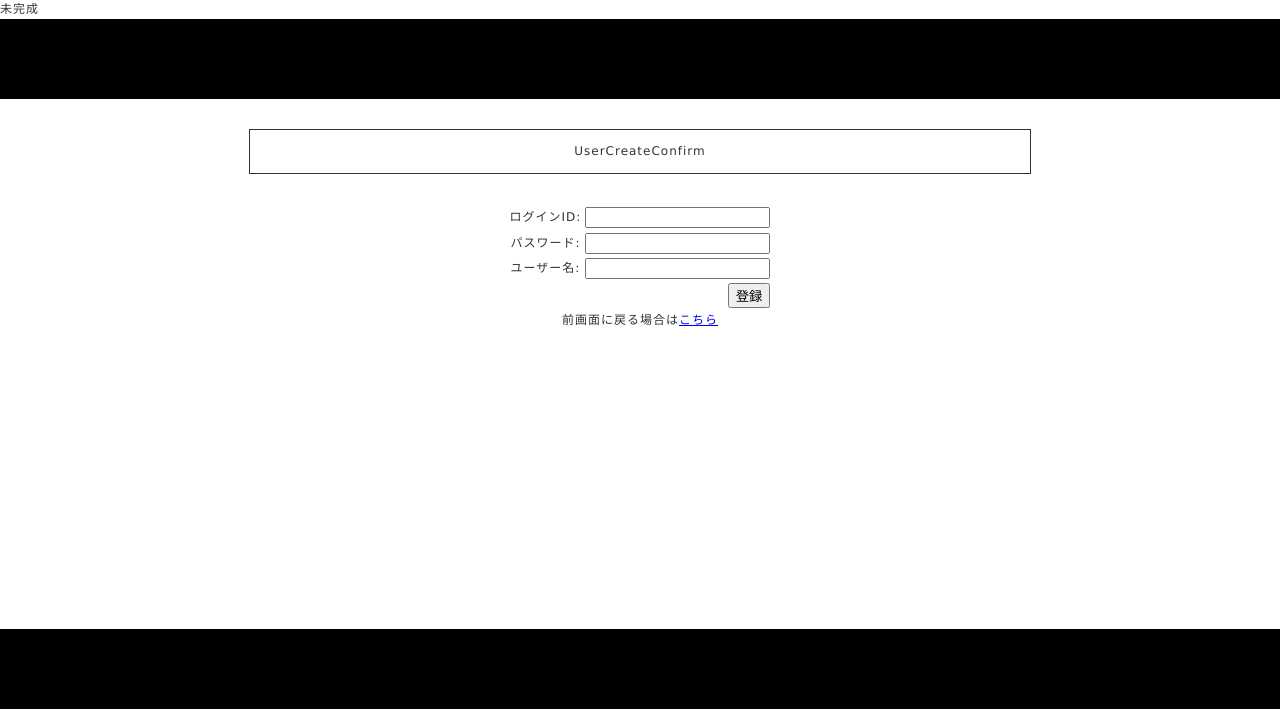
Repository: 1209mori05/test02
Page: http://localhost/ECsite/userCreateConfirm.jsp
These files come from the project's save history. The page is drawn as it stood at one moment and after the next save; the edit follows.
The browser window is 1280 px wide. The pictures show the whole page.
The page is served by Tomcat 9. Other server files are loaded and not shown.

Above is the page before, as saved 2018-04-02 01:39:38.

### ECsite/WebContent/userCreateConfirm.jsp
<%@ page language="java" contentType="text/html; charset=UTF-8"
    pageEncoding="UTF-8"%>
<%@ taglib prefix="s" uri="/struts-tags" %>

<!DOCTYPE html>
<html>
<head>
	<meta http-equiv="Content-Type" content="text/html" charset="UTF-8">
	<meta http-equiv="Content-Style-Type" content="text/css">
	<meta http-equiv="Content-Script-Type" content="text/javascript">
	<meta http-equiv="imagetoolbar" content="no">
	<meta name="description" content="">
	<meta name="keywords" content="">
	<title>登録確認画面</title>
	<style type="text/css">
		body {
			margin:0;
			padding:0;
			line-height:1.6;
			letter-spacing:1px;
			font-family:Verdana, Helvetica, sans-serif;
			font-size:12px;
			color:#333;
			background:#fff;
		}
		table {
			text-align:center;
			margin:0 auto;
		}
		#top {
			width:780px;
			margin:30px auto;
			border:1px solid #333;
		}
		#header {
			width: 100%;
			height: 80px;
			background-color: black;
		}
		#main {
			width: 100%;
			height: 500px;
			text-align: center;
		}
		#footer {
			width: 100%;
			height: 80px;
			background-color: black;
			clear:both;
		}
		#text-center {
			display: inline-block;
			text-align: center;
		}
	</style>
</head>
<body>

未完成

	<div id="header">
		<div id="pr"></div>
	</div>
	<div id="main">
		<div id="top">
			<p>UserCreateConfirm</p>
		</div>
		<div>
			<s:if test="errorMessage != ''">
				<s:property value="errorMessage" escape="false" />
			</s:if>
			<table>
				<s:form action="UserCreateConfirmAction">
					<tr>
						<td><label>ログインID:</label></td>
						<td><input type="text" name="loginUserId" value="" /></td>
					</tr>
					<tr>
						<td><label>パスワード:</label></td>
						<td><input type="text" name="loginPassword" value="" /></td>
					</tr>
					<tr>
						<td><label>ユーザー名:</label></td>
						<td><input type="text" name="userName" value="" /></td>
					</tr>
					<s:submit value="登録" />
				</s:form>
			</table>
			<div>
				<span>前画面に戻る場合は</span><a href='<s:url action="HomeAction" />'>こちら</a>
			</div>
		</div>
	</div>
	<div id="footer">
		<div id="pr"></div>
	</div>

</body>
</html>

After the next save:
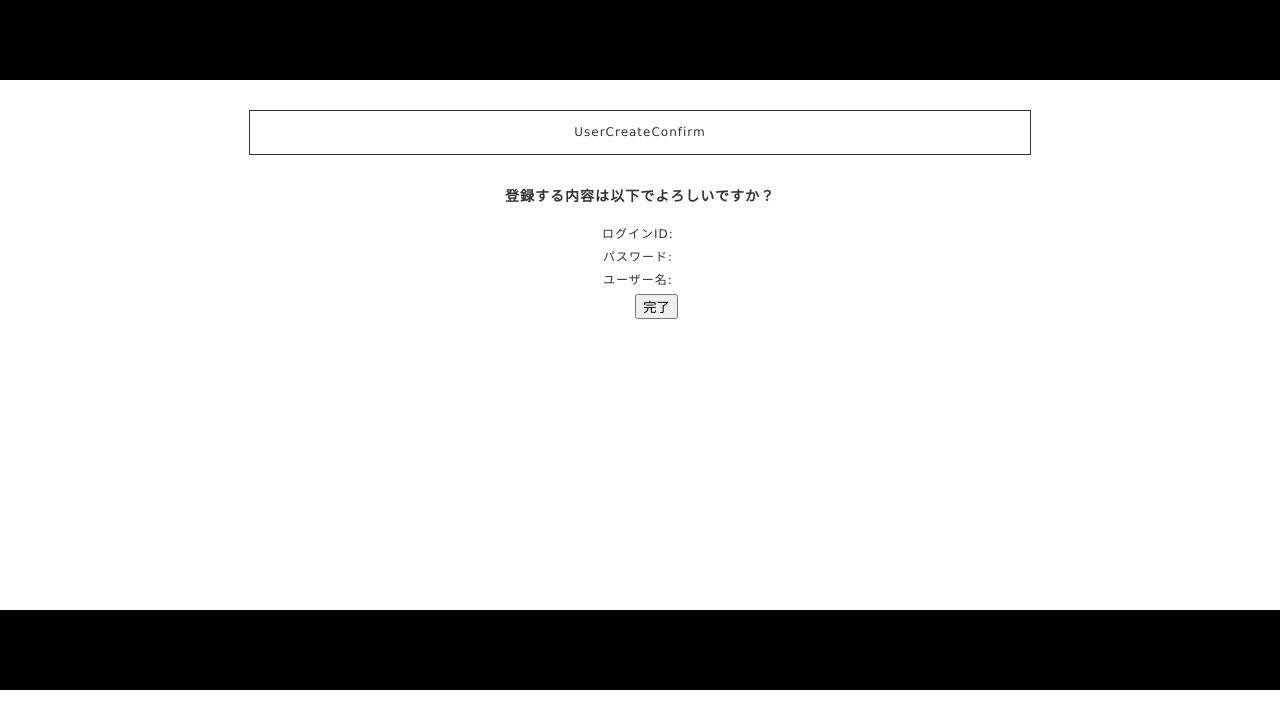
Saved 4 min 32 s later.
--- a/ECsite/WebContent/userCreateConfirm.jsp
+++ b/ECsite/WebContent/userCreateConfirm.jsp
@@ -55,9 +55,6 @@
 	</style>
 </head>
 <body>
-
-未完成
-
 	<div id="header">
 		<div id="pr"></div>
 	</div>
@@ -66,29 +63,24 @@
 			<p>UserCreateConfirm</p>
 		</div>
 		<div>
-			<s:if test="errorMessage != ''">
-				<s:property value="errorMessage" escape="false" />
-			</s:if>
+			<h3>登録する内容は以下でよろしいですか？</h3>
 			<table>
-				<s:form action="UserCreateConfirmAction">
-					<tr>
+				<s:form action="UserCreateCompleteAction">
+					<tr id="box">
 						<td><label>ログインID:</label></td>
-						<td><input type="text" name="loginUserId" value="" /></td>
+						<td><s:property value="loginUserId" escape="false"/></td>
 					</tr>
-					<tr>
+					<tr id="box">
 						<td><label>パスワード:</label></td>
-						<td><input type="text" name="loginPassword" value="" /></td>
+						<td><s:property value="loginPassword" escape="false" /></td>
 					</tr>
-					<tr>
+					<tr id="box">
 						<td><label>ユーザー名:</label></td>
-						<td><input type="text" name="userName" value="" /></td>
+						<td><s:property value="userName" escape="false" /></td>
 					</tr>
-					<s:submit value="登録" />
+					<s:submit value="完了" />
 				</s:form>
 			</table>
-			<div>
-				<span>前画面に戻る場合は</span><a href='<s:url action="HomeAction" />'>こちら</a>
-			</div>
 		</div>
 	</div>
 	<div id="footer">
